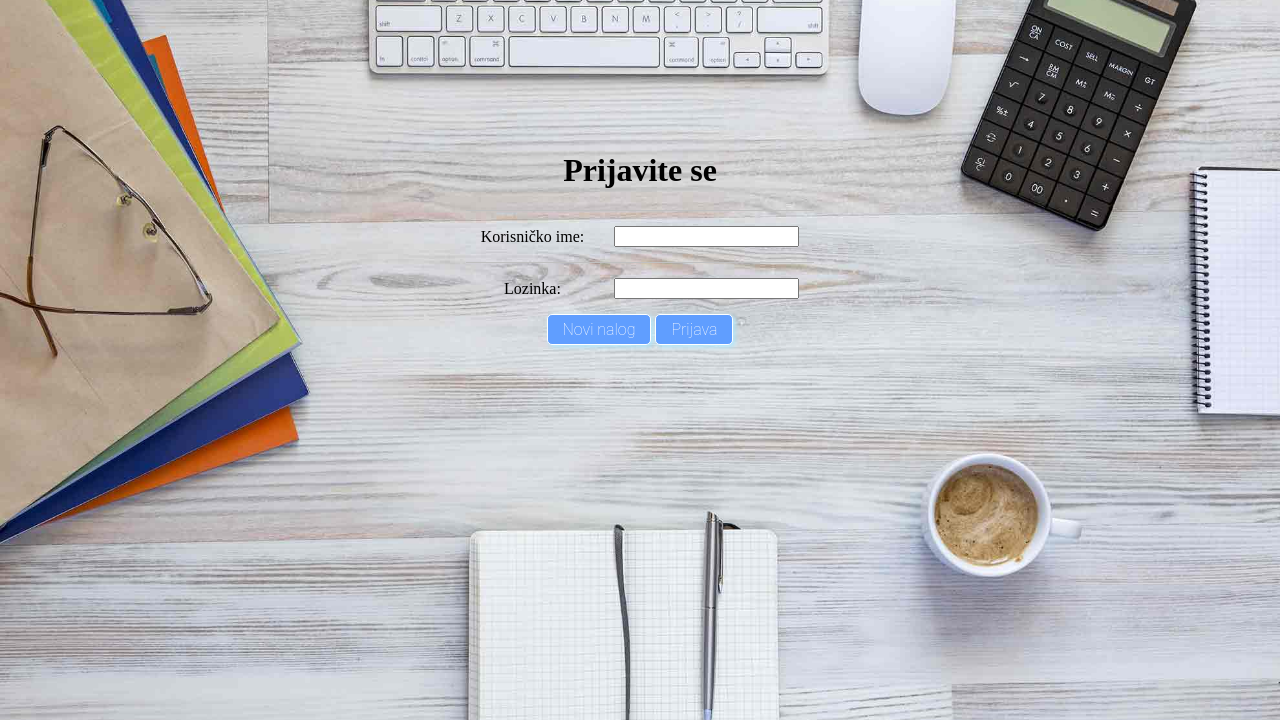
Repository: KristijanPetkovic/java-applet-video-library
Page: Projekti/www.videoteka.com/WebContent/login.html
These files come from the project's save history. The page is drawn as it stood at one moment and after the next save; the edit follows.
The browser window is 1280 px wide. The pictures show the whole page.

Above is the page before, as saved 2019-01-11 19:08:22.

### Projekti/www.videoteka.com/WebContent/login.html
<!DOCTYPE html>
<html>
	<head>
		<meta http-equiv="content-type" content="text/html; charset=utf-8">
		<title>Prijavljivanje</title>
		<link rel="stylesheet" href="logovanje.css" >
	</head>
	<body>
		<h1 id="naslov">Prijavite se</h1>
		<form method="post">
			<table class="center" cellpadding="15px">
				<tr>
					<td>Korisničko ime: </td>
					<td> <input name="ime" type="text"> </td>
				</tr>
				<tr>
					<td>Lozinka: </td>
					<td> <input name="sifra" type="password"> </td>
				</tr>
			</table>
			<input class="color-change" name="otvaranje" type="submit" value="Novi nalog" formaction="noviKorisnik.html">
			<input class="color-change" name="prijava" type="submit" value="Prijava" formaction="LoginServlet" >

		</form>
	</body>
</html>

### Projekti/www.videoteka.com/WebContent/logovanje.css
#naslov{
    margin-top:12%;
    }
table.center {
    margin-left:auto;
    margin-right:auto;
  }
body {
	background: url(poz.jpg) no-repeat center center fixed;
	-webkit-background-size: cover;
	-moz-background-size: cover;
	-o-background-size: cover;
	background-size: cover;
	text-align:center;
  }
table{
	border-color: rgb(0,0,0);
	border-collapse: collapse;
}
th{
	color: rgb(255, 255, 255);
	background: rgb(0, 0, 0);
	collspan: 2;
}
td{
	border-top: 1pt solid silver;
	padding: 10;
}
ttr:nth-child(odd){
	background: rgb(255, 255, 255);
}
tr:hover{
	background: rgb(96, 158, 255);
}
input:focus{
	background-color: rgb(255, 255, 179);
	border-color: rgb(186, 186, 186);
}
.color-change {
  border-radius: 5px;
  font-size: 20px;
  padding: 5px 15px;
  cursor: pointer;
  color: #fff;
  background-color: rgb(96, 158, 255);
  font-size: 1rem;
  font-family: 'Roboto';
  font-weight: 100;
  border: 1px solid #fff;
  box-shadow: 2px 2px 5px #AFE9FF;
  transition-duration: 0.5s;
  -webkit-transition-duration: 0.5s;
  -moz-transition-duration: 0.5s;
}

.color-change:hover {
  color: #006398;
  border: 1px solid #006398;
  box-shadow: 2px 2px 20px #AFE9FF;
}

button.color-change {
  -webkit-appearance: none;
  -moz-appearance: none;
}

After the next save:
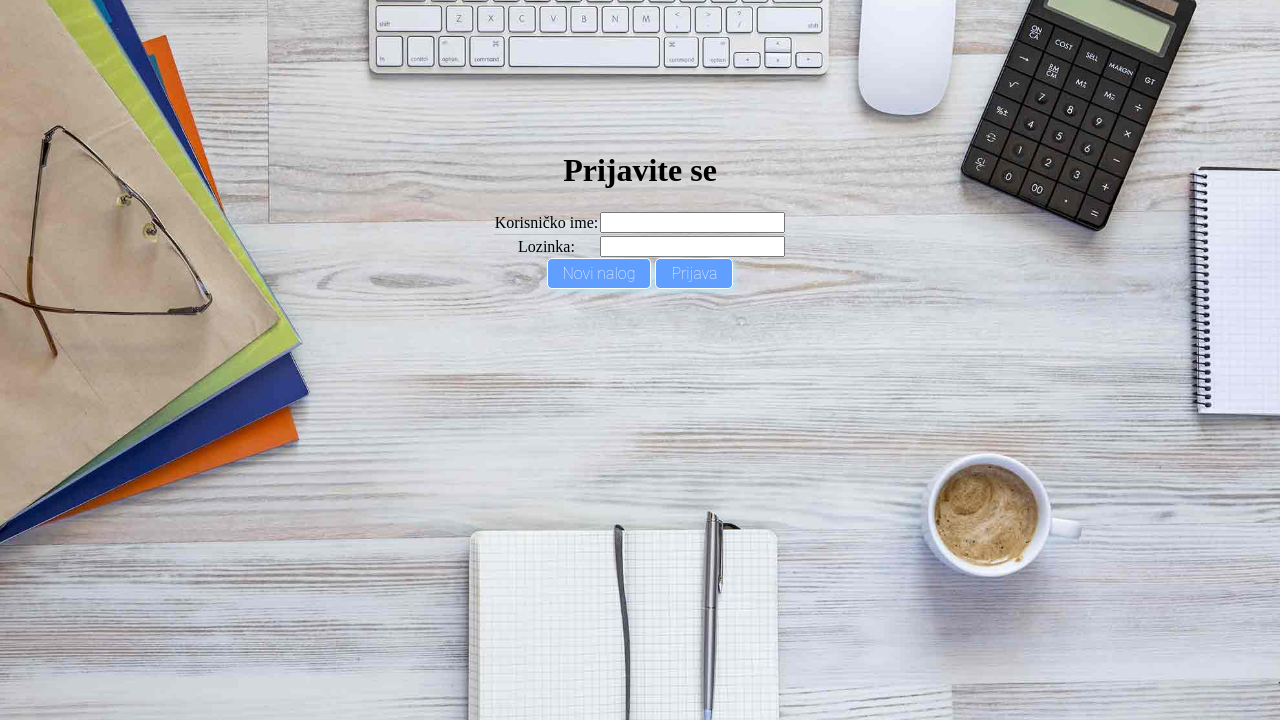
Saved 10 min 8 s later.
--- a/Projekti/www.videoteka.com/WebContent/login.html
+++ b/Projekti/www.videoteka.com/WebContent/login.html
@@ -8,7 +8,7 @@
 	<body>
 		<h1 id="naslov">Prijavite se</h1>
 		<form method="post">
-			<table class="center" cellpadding="15px">
+			<table class="center">
 				<tr>
 					<td>Korisničko ime: </td>
 					<td> <input name="ime" type="text"> </td>

After the save that followed:
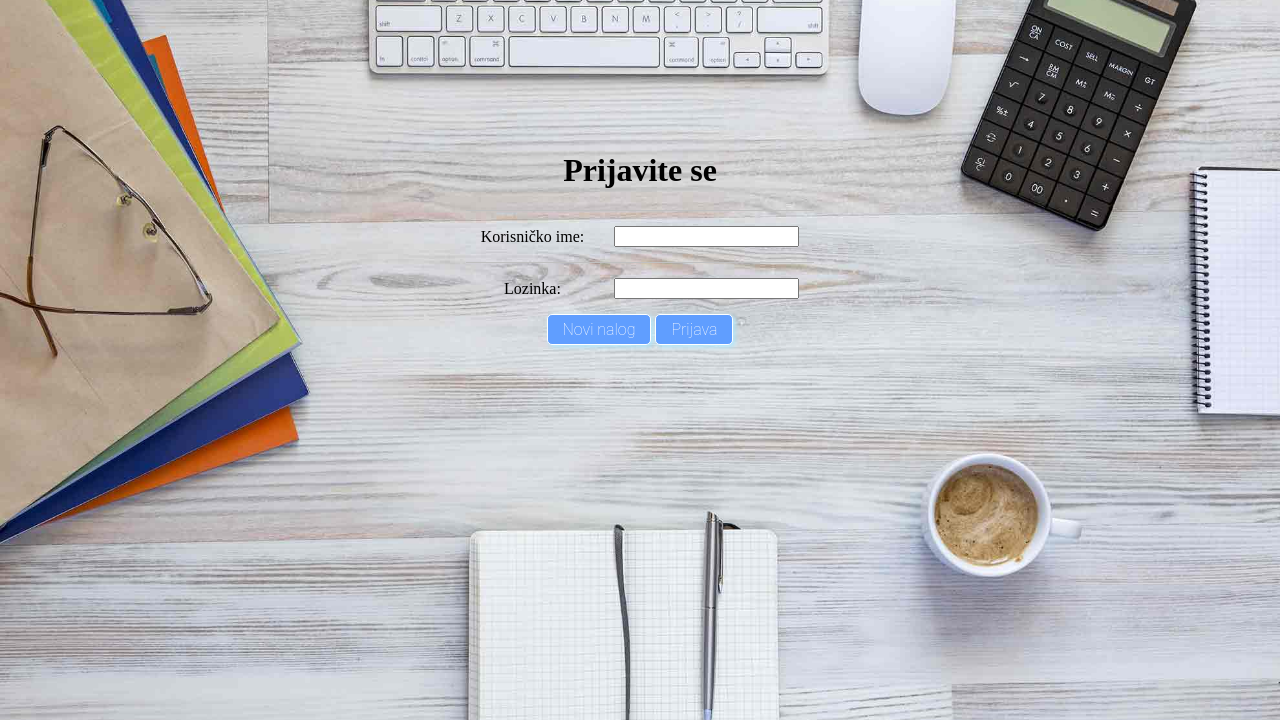
Saved 9 s later.
--- a/Projekti/www.videoteka.com/WebContent/login.html
+++ b/Projekti/www.videoteka.com/WebContent/login.html
@@ -8,7 +8,7 @@
 	<body>
 		<h1 id="naslov">Prijavite se</h1>
 		<form method="post">
-			<table class="center">
+			<table class="center" cellpadding="15px">
 				<tr>
 					<td>Korisničko ime: </td>
 					<td> <input name="ime" type="text"> </td>
